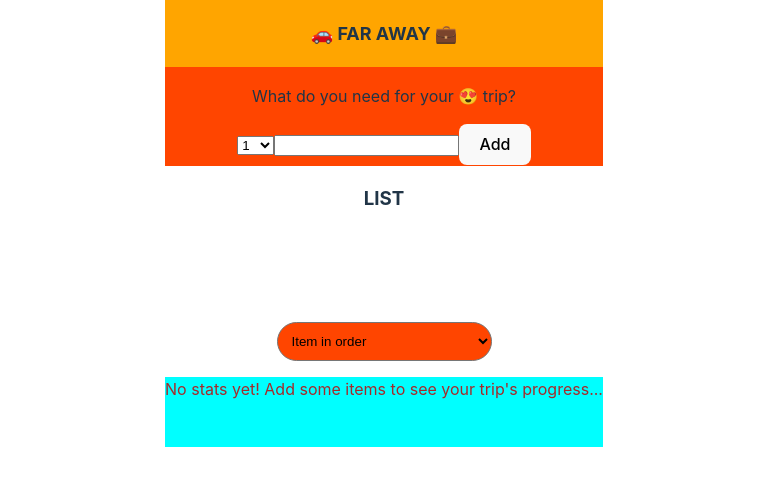
Repository: Celebration-cloud/Trip-Add-To-List
Page: /
These files come from the project's save history. The page is drawn as it stood at one moment and after the next save; the edit follows.
The browser window is 768 px wide. The pictures show the whole page.
The project was rebuilt for these pictures with package versions that can differ from the ones it lists, and the page was loaded fresh each time. Also part of the build but not shown: vite.config.js.

Above is the page before, as saved 2023-10-29 16:44:50.

### src/App.jsx
import './App.css'
import TripList from './Trip-List/TripList'

function App() {

  return (
    <>
    <TripList/>
    </>
  )
}

export default App

### src/App.css
#root {
  margin: 0;
  padding: 0;
  text-align: center;
}

.logo {
  height: 6em;
  padding: 1.5em;
  will-change: filter;
  transition: filter 300ms;
}
.logo:hover {
  filter: drop-shadow(0 0 2em #646cffaa);
}
.logo.react:hover {
  filter: drop-shadow(0 0 2em #61dafbaa);
}

@keyframes logo-spin {
  from {
    transform: rotate(0deg);
  }
  to {
    transform: rotate(360deg);
  }
}

@media (prefers-reduced-motion: no-preference) {
  a:nth-of-type(2) .logo {
    animation: logo-spin infinite 20s linear;
  }
}

.card {
  padding: 2em;
}

.read-the-docs {
  color: #888;
}

### src/Trip-List/TripList.jsx
/* eslint-disable react/no-unescaped-entities */
/* eslint-disable react/prop-types */
import { useState } from "react";
import './TripList.css'
function TripList() {
  const [addItem, setAddItem] = useState([]);

  const handleAddItem = (item) => {
    setAddItem((items) => [...items, item]);
  };
  const handleRemoveItem = (id) =>{
    setAddItem(items => items.filter(p => p.id !== id))
  }
  const handleChecked = (id) => {
    setAddItem(items => items.map(item => item.id === id ? {...item, packed: !item.packed} : item));
  };
  return (
    <div>
      <TripHead/>
      <TripForm handleAddItem={handleAddItem}/>
      <TripListForm addItem={addItem} remove={handleRemoveItem} check={handleChecked}/>
      <TripStats stats={addItem}/>
    </div>
  )
}

export default TripList

function TripHead() {
  return (
    <div style={{backgroundColor: "orange", padding: "5px"}}>
      <h2 className="title">🚗 FAR AWAY 💼</h2>
    </div>
  )
}

function TripForm({handleAddItem}) {
  const [item, setItem] = useState({description: "", quantity: 1})

  const handleSubmit = (e) =>{
    e.preventDefault();
    if (!item.description) return;

    const newItem = {
      des: item.description,
      amount: item.quantity,
      packed: false,
      id: Date.now(),
    };

    handleAddItem(newItem);
    setItem({ description: "", quantity: 1 });
  }
  const handleInput = (e) =>{
    setItem(prev => ({...prev, description: e.target.value}))
  }
  const handleOption = (e) =>{
    setItem(prevState => ({...prevState,quantity: Number(e.target.value)}))
  }
  return (
    <div style={{ backgroundColor: "orangered", padding: "1px" }}>
      <form onSubmit={handleSubmit}>
        <span>
          <p>What do you need for your 😍 trip?</p>
          <select onChange={handleOption} value={item.quantity}>
            {Array.from({ length: 10 }, (_, i) => i + 1).map((num) => (
              <option value={num} key={num}>
                {num}
              </option>
            ))}
          </select>
          <input onChange={handleInput} value={item.description}></input>
          <button type="submit">Add</button>
        </span>
      </form>
    </div>
  );
}

function TripListForm({addItem, remove, check}) {
  const [sort, setSort] = useState("input")
  const sortingBy = (e) => {
    setSort(e.target.value);
  };
  let sorting;
  if (sort === "input") sorting = addItem;
  if (sort === "checked")
    sorting = addItem.slice().sort((a, b) => a.des.localeCompare(b.des));
  if (sort === "order")
    sorting = addItem
      .slice()
      .sort((a, b) => Number(a.packed) - Number(b.packed));

  return (
    <>
      <h3>LIST</h3>
      <ul style={{ listStyleType: "none" }}>
        <li>
          {sorting?.map((item) => (
            <>
              <input
                type="checkbox"
                value={item.packed}
                onChange={() => check(item.id)}
              />
              <span
                key={item.id}
                style={item.packed ? { textDecoration: "line-through" } : {}}
              >
                {item.amount}-{item.des}
              </span>
              <button onClick={() => remove(item.id)}>
                🚩
              </button>
            </>
          ))}
        </li>
      </ul>
      <div>
        <select onChange={sortingBy} value={sort} style={{padding: "10px 100px 10px 10px", marginTop: "90px", backgroundColor: "orangered", borderRadius: "20px"}}>
          <option value="input" style={{marginRight: "5px", backgroundColor: "brown" }}>Item in order</option>
          <option value="checked" style={{marginRight: "5px"}}>Checked Item</option>
          <option value="order" style={{marginRight: "5px"}}>Split Item</option>
        </select>
      </div>
    </>
  );
}

function TripStats({stats}) {
  if(!stats.length)
  return (
    <footer className="static">
      <p>No stats yet! Add some items to see your trip's progress...</p>
    </footer>
  );
  const total = stats.length
  const packed= stats.filter(items => items.packed).length
  const percent = Math.round((packed / total) * 100)
  return (
    <>
      {percent === 100 ? (
        <footer className="static">
          <p>You have Completed the List✈</p>
        </footer>
      ) : (
        <footer className="static">
          <p>
            You have {total} items on your list, and already packed {packed} (
            {percent}%)
          </p>
        </footer>
      )}
    </>
  );
}

### src/Trip-List/TripList.css
/* backgroundColor: "aqua",
            color: "brown",
            bottom: "0%",
            height: "30px",
            width: "100%", */
.static{
    position: absolute;
    background-color: aqua;
    color: brown;
    bottom: 0px;
    width: 100%;
}
.title{
    font-family: inherit;
    font-size: 20px;
}
@media (max-width: 770px) {
    .static{
    position: relative;
    background-color: aqua;
    color: brown;
    bottom: 0px;
    height: 70px;
    width: 100%;
}
.title{
    font-family: inherit;
    font-size: large;
}
}

Loaded but not shown: index.html (common file); src/main.jsx (common file); src/index.css (common file)

After the next save:
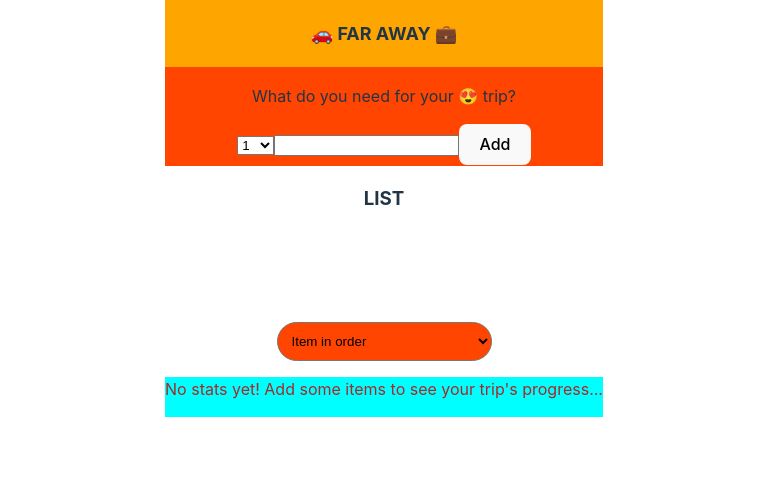
Saved 13 min 27 s later.
--- a/src/Trip-List/TripList.css
+++ b/src/Trip-List/TripList.css
@@ -20,7 +20,7 @@
     background-color: aqua;
     color: brown;
     bottom: 0px;
-    height: 70px;
+    height: 40px;
     width: 100%;
 }
 .title{
